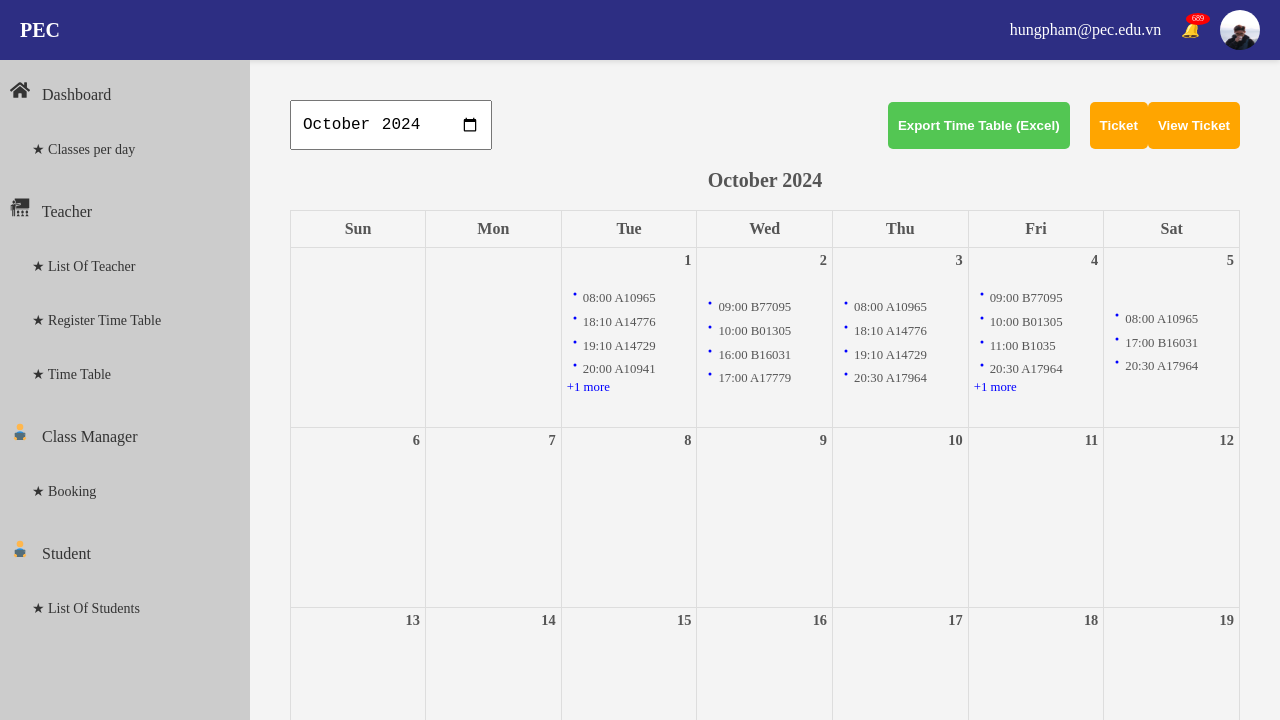
Repository: BitDanceLabels/Bumblebee_BDG
Page: /teacher-timetable
These files come from the project's save history. The page is drawn as it stood at one moment and after the next save; the edit follows.
The browser window is 1280 px wide. The pictures show the whole page.
An inner scrolling area shows only its first screen. The project was rebuilt for these pictures with package versions that can differ from the ones it lists, and the page was loaded fresh each time. Also part of the build but not shown: vite.config.js, src/components/Dashboard/ScheduleComponent.jsx, src/components/Management/Booking.jsx, src/components/modal/CreateStudentModal.jsx, src/components/Student/ListOfStudent.jsx, src/components/modal/CreateTeacherModal.jsx, src/components/Teacher/TeacherTable.jsx, src/components/Teacher/ListOfTeacher.jsx and 10 more. Imported but missing from the stored project, and not drawn on this page: src/components/modal/DeactiveStudentModal.

Above is the page before, as saved 2024-10-07 11:26:47.

### index.html
<!DOCTYPE html>
<html lang="en">
  <head>
    <meta charset="UTF-8" />
    <link rel="icon" type="image/svg+xml" href="/vite.svg" />
    <meta name="viewport" content="width=device-width, initial-scale=1.0" />
    <title>Power English CRM</title>
  </head>
  <body>
    <div id="root"></div>
    <script type="module" src="/src/main.jsx"></script>
  </body>
</html>

### src/main.jsx
import { StrictMode } from 'react'
import { createRoot } from 'react-dom/client'
import MainApp from './pages/MainApp.jsx'
import App from './App.jsx'
import './index.css'

createRoot(document.getElementById('root')).render(
  <StrictMode>
    <MainApp />
  </StrictMode>
)

### src/pages/MainApp.jsx
import React from 'react'
import Header from '../components/General/Header'
import Navbar from '../components//General/Navbar'
import ScheduleComponent from '../components/Dashboard/ScheduleComponent'
import Booking from '../components/Management/Booking'
import ListOfStudent from '../components/Student/ListOfStudent'
import ListOfTeacher from '../components/Teacher/ListOfTeacher'
import { BrowserRouter as Router, Route, Routes } from 'react-router-dom'
import styled from 'styled-components'
import TeacherTabs from '../components/Teacher/TeacherTabs'
import StudentProfile from '../components/Student/StudentProfile'
import TeacherRegisterTimeTable from '../components/Teacher/TeacherRegisterTimeTable'
import TeacherTimeTable from '../components/Teacher/TeacherTimeTable'
import CourseInfo from '../components/Student/CourseInfo'

function MainApp() {
  return (
    <Router>
      <MainAppWrapper>
        <HeaderWrapper>
          <Header />
        </HeaderWrapper>
        <div className="main-layout">
          <NavbarWrapper>
            <Navbar />
          </NavbarWrapper>
          <ContentWrapper>
            <Routes>
              <Route path="/classes" element={<ScheduleComponent />} />
              <Route path="/booking" element={<Booking />} />
              <Route path="/students" element={<ListOfStudent />} />
              <Route path="/teacher" element={<ListOfTeacher />} />
              <Route path="/teacher-profile" element={<TeacherTabs />} />
              <Route path="/student-profile" element={<StudentProfile />} />
              <Route path="/teacher-timetable" element={<TeacherTimeTable />} />
              <Route path="/course-info" element={<CourseInfo />} />
              <Route
                path="/teacher-register"
                element={<TeacherRegisterTimeTable />}
              />
              {/* Add more routes as needed */}
            </Routes>
          </ContentWrapper>
        </div>
      </MainAppWrapper>
    </Router>
  )
}

const MainAppWrapper = styled.main`
  width: 100%;
  display: flex;
  flex-direction: column;
  height: 100vh;

  .main-layout {
    display: flex;
    flex-grow: 1;
  }
`

const HeaderWrapper = styled.header`
  position: fixed;
  top: 0;
  width: 100%;
  z-index: 1000;
  background-color: white;
  box-shadow: 0 2px 5px rgba(0, 0, 0, 0.1);
`

const NavbarWrapper = styled.nav`
  position: fixed;
  top: 60px;
  left: 0;
  height: calc(100vh - 60px);
  width: 250px;
  background-color: #ccc;
  color: white;
  z-index: 1000;
`

const ContentWrapper = styled.div`
  margin-top: 60px;
  margin-left: 250px;
  padding: 20px;
  flex-grow: 1;
  background-color: #f4f4f4;
  min-height: 100%;
  overflow-y: auto;
`

export default MainApp

### src/components/General/Header.jsx
import React from 'react'
import avt from '../../assets/avt.jpg'
import styled from 'styled-components'

const Header = () => {
  return (
    <HeaderWrapper>
      <header className="header">
        <div className="header-left">
          <h1>PEC</h1>
        </div>
        <div className="header-right">
          <span className="account-email">hungpham@pec.edu.vn</span>
          <div className="notification">
            <i className="bell-icon">🔔</i>
            <span className="notification-count">689</span>
          </div>
          <img src={avt} alt="avatar" className="avatar" />
        </div>
      </header>
    </HeaderWrapper>
  )
}

const HeaderWrapper = styled.header`
  .header {
    background-color: #2d2e83;
    color: white;
    display: flex;
    justify-content: space-between;
    align-items: center;
    padding: 10px 20px;
  }

  .header-left h1 {
    margin: 0;
    font-size: 2rem;
  }

  .header-right {
    display: flex;
    align-items: center;
  }

  .account-email {
    margin-right: 20px;
    font-size: 1.6rem;
  }

  .notification {
    position: relative;
    margin-right: 20px;
  }

  .bell-icon {
    font-size: 1.5em;
    cursor: pointer;
  }

  .notification-count {
    position: absolute;
    top: -10px;
    right: -10px;
    background-color: red;
    color: white;
    border-radius: 50%;
    padding: 2px 6px;
    font-size: 0.8em;
  }

  .avatar {
    width: 40px;
    height: 40px;
    border-radius: 50%;
    cursor: pointer;
  }
`

export default Header

### src/components/General/Navbar.jsx
import React, { useState } from 'react'
import styled from 'styled-components'
import { FaHome } from 'react-icons/fa'
import { GiTeacher } from 'react-icons/gi'
import { FcReadingEbook } from 'react-icons/fc'
import { Link } from 'react-router-dom' // Import Link from react-router-dom

const Navbar = () => {
  const [activeItem, setActiveItem] = useState('dashboard')

  const handleItemClick = (item) => {
    setActiveItem(item)
  }

  return (
    <NavbarWrapper>
      <nav className="navbar">
        <ul>
          <li onClick={() => handleItemClick('classes')}>
            <Link to="/classes">
              <FaHome style={{ marginRight: '8px', fontSize: '20px' }} />{' '}
              Dashboard
            </Link>
          </li>

          {/* Submenu for Classes per day */}
          <ul className="sub-menu">
            <li
              className={activeItem === 'classes' ? 'active' : ''}
              onClick={() => handleItemClick('classes')}
            >
              <Link to="/classes">★ Classes per day</Link>
            </li>
          </ul>

          <li onClick={() => handleItemClick('teacher')}>
            <Link to="/teacher">
              <GiTeacher style={{ marginRight: '8px', fontSize: '20px' }} />{' '}
              Teacher
            </Link>
          </li>

          {/* Submenu for List Of Teacher */}
          <ul className="sub-menu">
            <li
              className={activeItem === 'teacher' ? 'active' : ''}
              onClick={() => handleItemClick('teacher')}
            >
              <Link to="/teacher">★ List Of Teacher</Link>
            </li>

            <li
              className={activeItem === 'teacher-register' ? 'active' : ''}
              onClick={() => handleItemClick('teacher-register')}
            >
              <Link to="/teacher-register">★ Register Time Table</Link>
            </li>

            <li
              className={activeItem === 'teacher-timetable' ? 'active' : ''}
              onClick={() => handleItemClick('teacher-timetable')}
            >
              <Link to="/teacher-timetable">★ Time Table</Link>
            </li>
          </ul>

          <li onClick={() => handleItemClick('booking')}>
            <Link to="/booking">
              <FcReadingEbook
                style={{ marginRight: '8px', fontSize: '20px' }}
              />{' '}
              Class Manager
            </Link>
          </li>

          {/* Submenu for Booking */}
          <ul className="sub-menu">
            <li
              className={activeItem === 'booking' ? 'active' : ''}
              onClick={() => handleItemClick('booking')}
            >
              <Link to="/booking">★ Booking</Link>
            </li>
          </ul>

          <li onClick={() => handleItemClick('listOfStudent')}>
            <Link to="/students">
              <FcReadingEbook
                style={{ marginRight: '8px', fontSize: '20px' }}
              />{' '}
              Student
            </Link>
          </li>

          {/* Submenu for List Of Students */}
          <ul className="sub-menu">
            <li
              className={activeItem === 'listOfStudent' ? 'active' : ''}
              onClick={() => handleItemClick('listOfStudent')}
            >
              <Link to="/students">★ List Of Students</Link>
            </li>
          </ul>
        </ul>
      </nav>
    </NavbarWrapper>
  )
}

const NavbarWrapper = styled.nav`
  width: 14%;
  .navbar {
    width: 250px;
    background-color: #ccc;
    color: white;
    height: 100%;
  }

  .navbar ul {
    list-style-type: none;
    padding: 0;
    margin: 0;
  }

  .navbar li {
    padding: 10px 0;
    cursor: pointer;
    color: white;
    width: 100%;
  }

  .navbar li a {
    width: 100%;
    padding: 10px;
    color: #333;
    font-weight: 500;
    font-size: 16px;
    display: inline-block;
    transition: transform 0.3s ease;
    text-decoration: none;
  }

  .navbar li:hover a {
    transform: scale(1.2);
    transform-origin: left;
  }

  .navbar li.active {
    background-color: #e1f644;
  }

  /* Submenu styles */
  .sub-menu {
    list-style-type: none;
    padding-left: 20px;
  }

  .sub-menu li {
    padding: 10px 0;
  }

  .sub-menu li a {
    font-size: 14px;
    width: 100%;
    padding-left: 32px;
  }
`

export default Navbar

### src/components/Teacher/TeacherTimeTable.jsx
import React, { useState, useRef } from 'react'
import { generateCalendar } from './Calender'
import {
  Container,
  Header,
  ButtonWrapper,
  ExcelButton,
  TicketButton,
  InputCustom,
  Month,
  CalendarTable,
  CalendarHeader
} from './TimeTableStyle'
import DetailsSession from '../modal/DetailsSessionModal'
import TicketModal from '../modal/TicketModal'
import ViewTicketModal from '../modal/ViewTicketModal'

const TeacherTimeTable = () => {
  const [selectedDate, setSelectedDate] = useState(new Date())
  const [isModalOpen, setIsModalOpen] = useState(false)
  const [isFullModalOpen, setIsFullModalOpen] = useState(false)
  const [currentEvents, setCurrentEvents] = useState([])
  const [modalPosition, setModalPosition] = useState({ top: 0, left: 0 })
  const [isViewTicketModalOpen, setIsViewTicketModalOpen] = useState(false)
  const cellRef = useRef(null)

  const getCurrentMonth = () => {
    const year = selectedDate.getFullYear()
    const month = (selectedDate.getMonth() + 1).toString().padStart(2, '0')
    return `${year}-${month}`
  }

  const handleMonthChange = (event) => {
    const [year, month] = event.target.value.split('-')
    setSelectedDate(new Date(year, month - 1, 1))
  }

  const daysOfWeek = ['Sun', 'Mon', 'Tue', 'Wed', 'Thu', 'Fri', 'Sat']

  const events = {
    1: [
      '08:00 A10965',
      '18:10 A14776',
      '19:10 A14729',
      '20:00 A10941',
      '21:00 B60002'
    ],
    2: ['09:00 B77095', '10:00 B01305', '16:00 B16031', '17:00 A17779'],
    3: ['08:00 A10965', '18:10 A14776', '19:10 A14729', '20:30 A17964'],
    4: [
      '09:00 B77095',
      '10:00 B01305',
      '11:00 B1035',
      '20:30 A17964',
      '21:00 B96002'
    ],
    5: ['08:00 A10965', '17:00 B16031', '20:30 A17964']
  }

  const openModal = (dayEvents, event) => {
    const rect = event.target.getBoundingClientRect()
    setModalPosition({
      top: rect.top + window.scrollY + rect.height,
      left: rect.left + window.scrollX
    })
    setCurrentEvents(dayEvents)
    setIsModalOpen(true)
  }

  const closeModal = () => {
    setIsModalOpen(false)
    setCurrentEvents([])
  }

  const openFullModal = () => {
    setIsFullModalOpen(true)
  }

  const closeFullModal = () => {
    setIsFullModalOpen(false)
  }

  // Hàm mở modal View Ticket
  const openViewTicketModal = () => {
    setIsViewTicketModalOpen(true)
  }

  const closeViewTicketModal = () => {
    setIsViewTicketModalOpen(false)
  }

  return (
    <Container>
      <Header>
        <div>
          <InputCustom
            type="month"
            value={getCurrentMonth()}
            onChange={handleMonthChange}
          />
        </div>
        <ButtonWrapper>
          <ExcelButton>Export Time Table (Excel)</ExcelButton>
          <TicketButton onClick={openFullModal}>Ticket</TicketButton>
          <TicketButton onClick={openViewTicketModal}>View Ticket</TicketButton>
        </ButtonWrapper>
      </Header>
      <Month>
        {selectedDate.toLocaleString('default', { month: 'long' })}{' '}
        {selectedDate.getFullYear()}
      </Month>
      <CalendarTable>
        <thead>
          <tr>
            {daysOfWeek.map((day) => (
              <CalendarHeader key={day}>{day}</CalendarHeader>
            ))}
          </tr>
        </thead>
        <tbody>
          {generateCalendar(selectedDate, events, openModal, cellRef)}
        </tbody>
      </CalendarTable>

      {/* Mini modal */}
      {isModalOpen && (
        <DetailsSession
          position={modalPosition}
          events={currentEvents}
          onClose={closeModal}
        />
      )}

      {/* Full screen modal */}
      <TicketModal
        show={isFullModalOpen}
        events={events}
        onClose={closeFullModal}
      />

      {/* Modal View Ticket */}
      <ViewTicketModal
        show={isViewTicketModalOpen}
        events={events}
        onClose={closeViewTicketModal}
      />
    </Container>
  )
}

export default TeacherTimeTable

### src/components/Teacher/Calender.jsx
import React from 'react'
import { BsDot } from 'react-icons/bs'
import { CalendarCell, DayNumber, Event, RowWrapper } from './TimeTableStyle'

export const generateCalendar = (selectedDate, events, openModal, cellRef) => {
  const year = selectedDate.getFullYear()
  const month = selectedDate.getMonth()
  const firstDayOfMonth = new Date(year, month, 1).getDay()
  const daysInMonth = new Date(year, month + 1, 0).getDate()

  let calendar = []
  let week = []
  let dayCounter = 1

  // Tạo các ô trống trước ngày đầu tiên của tháng
  for (let i = 0; i < firstDayOfMonth; i++) {
    week.push(<CalendarCell key={`empty-${i}`} />)
  }

  // Lặp qua các ngày trong tháng và tạo ô cho từng ngày
  while (dayCounter <= daysInMonth) {
    for (let i = week.length; i < 7; i++) {
      if (dayCounter <= daysInMonth) {
        const dayEvents = events[dayCounter] || []
        const eventLimit = 4
        const moreCount = dayEvents.length - eventLimit

        week.push(
          <CalendarCell key={dayCounter} ref={cellRef}>
            <DayNumber>{dayCounter}</DayNumber>
            {dayEvents.slice(0, eventLimit).map((event, index) => (
              <RowWrapper key={index}>
                <Event>
                  <BsDot fontSize={16} color="blue" />
                  {event}
                </Event>
              </RowWrapper>
            ))}
            {moreCount > 0 && (
              <Event
                onClick={(e) => openModal(dayEvents, e)}
                style={{ color: 'blue', cursor: 'pointer' }}
              >
                +{moreCount} more
              </Event>
            )}
          </CalendarCell>
        )
        dayCounter++
      } else {
        week.push(<CalendarCell key={`empty-${i}`} />)
      }
    }
    calendar.push(<tr key={`week-${calendar.length}`}>{week}</tr>)
    week = []
  }

  return calendar
}

### src/components/Teacher/TimeTableStyle.jsx
import styled from 'styled-components'

export const Container = styled.div`
  padding: 20px;
`

export const Header = styled.div`
  display: flex;
  justify-content: space-between;
  align-items: center;
  margin-bottom: 20px;
`

export const ButtonWrapper = styled.div``

export const Button = styled.button`
  padding: 16px 10px;
  background-color: #53c653;
  border: none;
  color: white;
  border-radius: 5px;
  cursor: pointer;
  font-weight: bold;

  &:hover {
    opacity: 0.6;
  }
`

export const ExcelButton = styled(Button)`
  margin-right: 20px;
`

export const TicketButton = styled(Button)`
  background-color: orange;
`

export const CancelButton = styled(Button)`
  background-color: red;
`

export const SubmitButton = styled(Button)``

export const Month = styled.h3`
  text-align: center;
  font-size: 20px;
`

export const CalendarTable = styled.table`
  width: 100%;
  border-collapse: collapse;
  margin-top: 20px;
`

export const CalendarHeader = styled.th`
  padding: 10px;
  border: 1px solid #ddd;
  background-color: #f5f5f5;
  text-align: center;
  font-size: 16px;
`

export const CalendarCell = styled.td`
  vertical-align: center;
  border: 1px solid #ddd;
  position: relative;
  padding: 5px;
  width: 150px; // Set fixed width
  height: 180px;
  font-size: 16px;
`

export const DayNumber = styled.div`
  position: absolute;
  top: 5px;
  right: 5px;
  font-size: 0.9em;
  font-weight: bold;
`

export const Event = styled.div`
  font-size: 0.8em;
  margin-top: 5px;
`

export const InputCustom = styled.input`
  height: 50px;
  padding: 5px 10px;
  font-size: 16px;
`

export const RowWrapper = styled.div`
  display: flex;
  align-items: center;
`

export const CloseButton = styled(Button)`
  margin-left: auto;
  margin-top: 10px;
  background-color: #46b346;
  &:hover {
    background-color: #3fa139;
  }
`

export const SelectClass = styled.select`
  padding: 10px;
  margin-bottom: 20px;
  font-size: 16px;
`

export const TextArea = styled.textarea`
  padding: 10px;
  font-size: 16px;
  resize: none;
  height: 100px;
  margin-bottom: 20px;
`

export const ModalButtonWrapper = styled.div`
  display: flex;
  justify-content: flex-end;
  gap: 10px;
`

### src/components/modal/TicketModal.jsx
import React from 'react'
import styled from 'styled-components'

// Styled components
const FullModalOverlay = styled.div`
  position: fixed;
  top: 0;
  left: 0;
  width: 100vw;
  height: 100vh;
  background-color: rgba(0, 0, 0, 0.5);
  display: ${({ show }) => (show ? 'block' : 'none')};
`

const FullModalWrapper = styled.div`
  position: fixed;
  top: 50%;
  left: 50%;
  transform: translate(-50%, -50%);
  background-color: white;
  padding: 30px;
  border-radius: 10px;
  width: 400px;
  box-shadow: 0 0 15px rgba(0, 0, 0, 0.2);
  z-index: 999;
`

const ModalContent = styled.div`
  display: flex;
  flex-direction: column;
`

const SelectClass = styled.select`
  padding: 10px;
  margin-bottom: 20px;
  font-size: 16px;
`

const TextArea = styled.textarea`
  padding: 10px;
  font-size: 16px;
  resize: none;
  height: 100px;
  margin-bottom: 20px;
`

const ModalButtonWrapper = styled.div`
  display: flex;
  justify-content: flex-end;
  gap: 10px;
`

const CancelButton = styled.button`
  padding: 16px 10px;
  background-color: red;
  border: none;
  color: white;
  border-radius: 5px;
  cursor: pointer;
  font-weight: bold;

  &:hover {
    opacity: 0.6;
  }
`

const SubmitButton = styled.button`
  padding: 16px 10px;
  background-color: #53c653;
  border: none;
  color: white;
  border-radius: 5px;
  cursor: pointer;
  font-weight: bold;

  &:hover {
    opacity: 0.6;
  }
`

const TicketModal = ({ show, events, onClose }) => (
  <FullModalOverlay show={show}>
    <FullModalWrapper>
      <ModalContent>
        <SelectClass>
          {Object.keys(events).map((day) =>
            events[day].map((event, index) => (
              <option key={`${day}-${index}`} value={`${day} - ${event}`}>
                {`Day ${day}: ${event}`}
              </option>
            ))
          )}
        </SelectClass>

        <SelectClass>
          <option value="defer">Defer</option>
          <option value="cancel">Cancel</option>
        </SelectClass>

        <TextArea placeholder="Enter your reason" />

        <ModalButtonWrapper>
          <CancelButton onClick={onClose}>Cancel</CancelButton>
          <SubmitButton>Submit</SubmitButton>
        </ModalButtonWrapper>
      </ModalContent>
    </FullModalWrapper>
  </FullModalOverlay>
)

export default TicketModal

### src/components/modal/ViewTicketModal.jsx
import React, { useState } from 'react'
import styled from 'styled-components'
import { FaTrashAlt } from 'react-icons/fa'

// Styled components
const FullModalOverlay = styled.div`
  position: fixed;
  top: 0;
  left: 0;
  width: 100vw;
  height: 100vh;
  background-color: rgba(0, 0, 0, 0.5);
  display: ${({ show }) => (show ? 'block' : 'none')};
`

const FullModalWrapper = styled.div`
  position: fixed;
  top: 50%;
  left: 50%;
  transform: translate(-50%, -50%);
  background-color: white;
  padding: 30px;
  border-radius: 10px;
  width: 400px;
  box-shadow: 0 0 15px rgba(0, 0, 0, 0.2);
  z-index: 999;
`

const ModalContent = styled.div`
  display: flex;
  flex-direction: column;
`

const TicketList = styled.ul`
  list-style-type: none;
  padding: 0;
  margin-top: 20px;
`

const TicketItem = styled.li`
  display: flex;
  justify-content: space-between;
  align-items: center;
  padding: 10px;
  border-bottom: 1px solid #ccc;
`

const TicketText = styled.span`
  flex-grow: 1;
  font-size: 16px;
`

const DeleteIcon = styled(FaTrashAlt)`
  color: red;
  cursor: pointer;

  &:hover {
    opacity: 0.7;
  }
`

const ModalButtonWrapper = styled.div`
  display: flex;
  justify-content: flex-end;
  gap: 10px;
  margin-top: 20px;
`

const CancelButton = styled.button`
  padding: 10px;
  background-color: red;
  border: none;
  color: white;
  border-radius: 5px;
  cursor: pointer;
  font-weight: bold;

  &:hover {
    opacity: 0.6;
  }
`

const TitleCustom = styled.h3`
  font-size: 20px;
  text-align: center;
`

const TicketModal = ({ show, onClose }) => {
  // Sample ticket data
  const [tickets, setTickets] = useState([
    { id: 1, name: 'Ticket 1 - Event A10965' },
    { id: 2, name: 'Ticket 2 - Event B77095' },
    { id: 3, name: 'Ticket 3 - Event A17779' }
  ])

  // Delete ticket function
  const deleteTicket = (id) => {
    setTickets(tickets.filter((ticket) => ticket.id !== id))
  }

  return (
    <FullModalOverlay show={show}>
      <FullModalWrapper>
        <ModalContent>
          <TitleCustom>Tickets</TitleCustom>
          <TicketList>
            {tickets.map((ticket) => (
              <TicketItem key={ticket.id}>
                <TicketText>{ticket.name}</TicketText>
                <DeleteIcon onClick={() => deleteTicket(ticket.id)} />
              </TicketItem>
            ))}
          </TicketList>

          <ModalButtonWrapper>
            <CancelButton onClick={onClose}>Close</CancelButton>
          </ModalButtonWrapper>
        </ModalContent>
      </FullModalWrapper>
    </FullModalOverlay>
  )
}

export default TicketModal

Loaded but not shown: src/index.css (305 lines, source omitted)

After the next save:
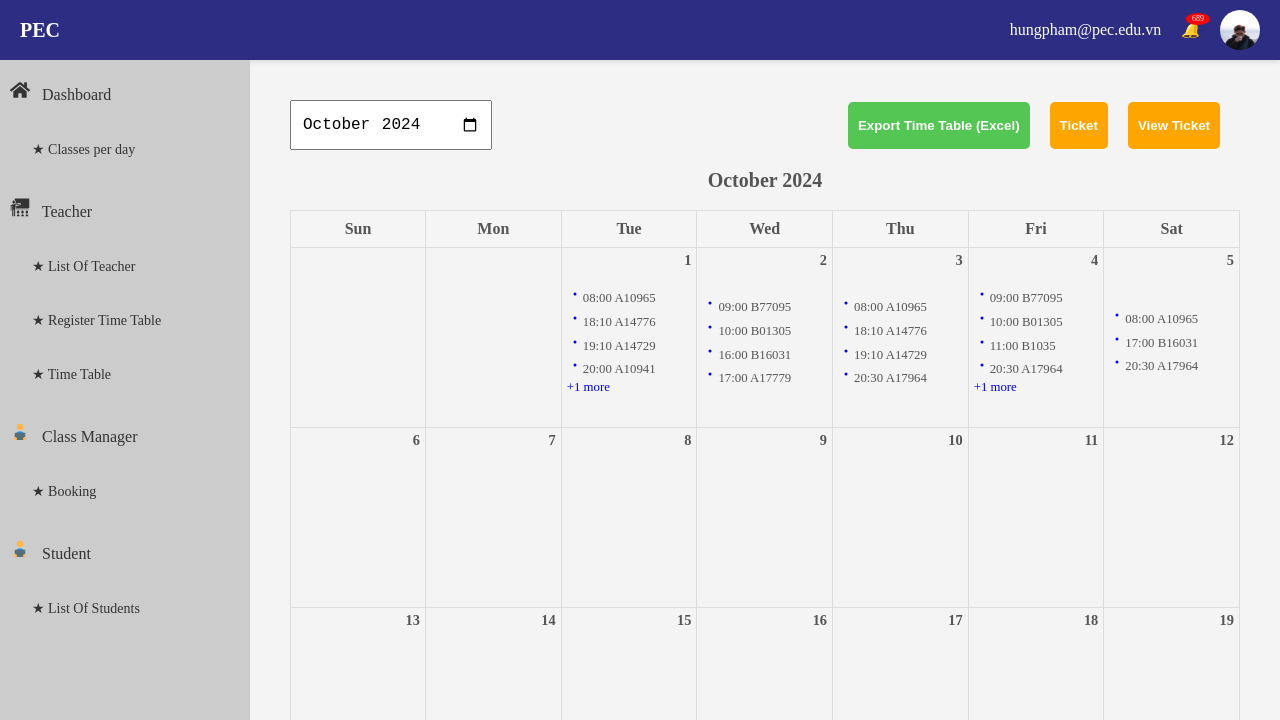
Saved 103 s later.
--- a/src/components/Teacher/TimeTableStyle.jsx
+++ b/src/components/Teacher/TimeTableStyle.jsx
@@ -32,6 +32,11 @@ export const ExcelButton = styled(Button)`
 `
 
 export const TicketButton = styled(Button)`
+  background-color: orange;
+  margin-right: 20px;
+`
+
+export const ViewTicketButton = styled(Button)`
   background-color: orange;
 `
 
